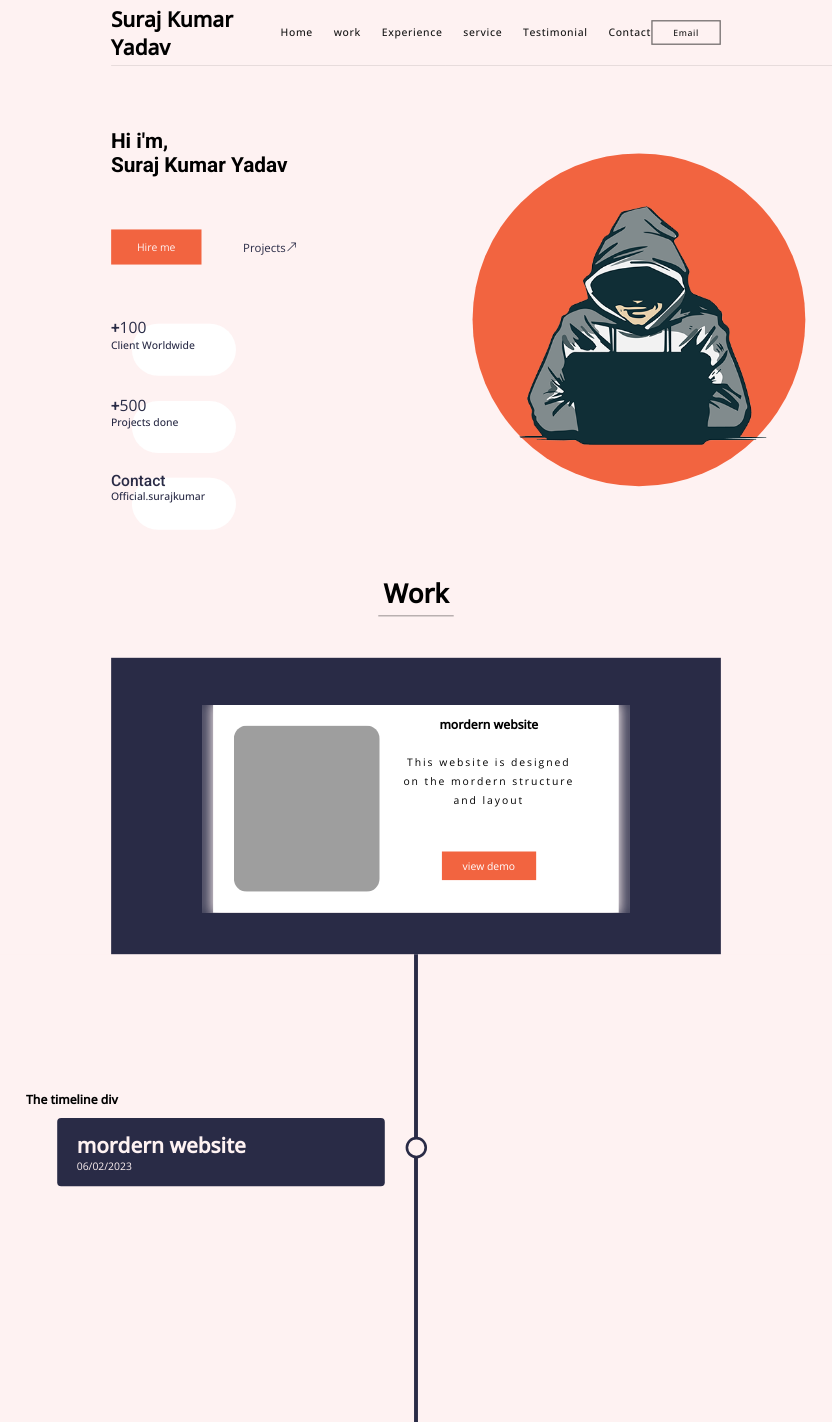
Repository: suraj-yadav7/portfolio-reactjs
Page: /
These files come from the project's save history. The page is drawn as it stood at one moment and after the next save; the edit follows.
The browser window is 1280 px wide. The pictures show the whole page, at 65% of full size.
Pictures or frames that could not be fetched are drawn as grey boxes. The project was rebuilt for these pictures with package versions that can differ from the ones it lists, and the page was loaded fresh each time.

Above is the page before, as saved 2023-04-10 19:09:05.

### src/index.js
import React from 'react';
import ReactDOM from 'react-dom/client';
import App from './App';
import './styles/app.scss'

const root = ReactDOM.createRoot(document.getElementById('root'));
root.render(
  <React.StrictMode>
    <App />
  </React.StrictMode>
);

### src/App.js
import Header from "./components/Header";
import Home from "./components/Home";
import Work from "./components/Work";
import Timeline from "./components/Timeline";


function App() {
  return (
    <>
      <Header/>
      <Home/>
      <Work/>
      <Timeline/>
    </>
  );
}

export default App;

### src/styles/app.scss
@import url('https://fonts.googleapis.com/css2?family=Open+Sans:wght@300;400;500&family=Roboto:ital,wght@0,300;0,500;0,700;1,700&display=swap');


@import "statics";
@import "animation";
@import "header";
@import "home";
@import "work";
@import "timeline";


* {
  margin: 0%;
  padding: 0%;
  font-family: $text2;
  box-sizing: border-box;
  scroll-behavior: smooth;
}
a {
  text-decoration: none;
}

body {
  background-color: $color1;
  overflow-x: hidden;
}

.disableBtn {
  color: $color6 !important;
  background-color: rgb(191, 191, 191) !important;
  cursor: not-allowed !important;
}

#customMessage {
  font: 900 2rem $text2;
  width: 100%;
  height: 100vh;
  display: grid;
  place-items: center;
}

/*
@import "statics";
@import "animation";
@import "header";  //the statice values are available to header bcz statics is "import" above ii
@import "home";
@import "work";

*{
    margin:0;
    padding:0;
    box-sizing: border-box;
    font-family: $text1;
    scroll-behavior: smooth;
}
a{
    text-decoration: none;
}

body{
    background-color: $color1;
    overflow-x: hidden;
}

.disableBtn {
    background-color: rgb(237,237,237);
    cursor: not-allowed;
}
*/

### src/components/Header.jsx


import React from "react"

const Header = ()=>{
    return(
        <nav>
            <NavContent/>
        </nav>
    )
};

const NavContent = () =>{
    return(

        <>
        <h2>Suraj Kumar Yadav</h2>
        <div>
            <a href="#home">Home</a>
            <a href="#work">work</a>
            <a href="#timeline">Experience</a>
            <a href="#service">service</a>
            <a href="#testimonial">Testimonial</a>
            <a href="#Contact">Contact</a>
        </div>
        <a href="mailto: official.surajkumar@gmail.com">
            <button>Email</button>
        </a>
        </>
        )
}


export default Header;

### src/components/Home.jsx
import { BsArrowUpRight, BsChevronDown } from "react-icons/bs";
import {React,useRef} from 'react'
import { animate, motion } from "framer-motion"
// import { Typewriter} from 'typewriter-effect'
import me from "../assets/me.png"


const Home = () => {

  const clientCount = useRef(null)
  const projectCount = useRef(null)

  const animationClientCount = ()=>{
        animate(0,100,{
          duration: 1,
          onUpdate:(v)=>(clientCount.current.textContent=v.toFixed())
        })
  }


  const animationProjectCount = ()=>{
    animate(0,500,{
      duration: 1,
      onUpdate:(v)=>(projectCount.current.textContent=v.toFixed())
    })
}

  const animation = {
    h1: {
      initial: {
        x: "-100%",
        opacity: 0
      },
      whileInView: {
        x: 0,
        opacity: 1
      }
    },
    button: {
      initial: {
        y: "-100%",
        opacity: 0
      },
      whileInView: {
        y: 0,
        opacity: 1
      }
    }
  }

  return (
    <>
      <div id="home">
        <section>
          <div>
            <motion.h1 {...animation.h1} >
              Hi i'm, <br /> Suraj Kumar Yadav
            </motion.h1>

            {/* <Typewriter options={{
              strings:["A developer", "A Designer"],
              autoStart: true,
              loop: true,
              wrapperClassName:"typewriterpara"

            }} />  */}


            <div>
              <a href="mailto:surajkumar@gmail.com">Hire me</a>
              <a href="#work">Projects <BsArrowUpRight /></a>
            </div>

            <article>
              <p>
                +<motion.span whileInView={animationClientCount} ref={clientCount}>100</motion.span>
              </p>
              <span>Client Worldwide</span>
            </article>

            <aside>
              <article>
                <p>
                  +<motion.span ref={projectCount} whileInView={animationProjectCount}>5000</motion.span>
                </p>
                <span>Projects done</span>
              </article>
            </aside>

            <article>
              <p>
                Contact</p>
              <span>Official.surajkumar</span>
            </article>
          </div>
        </section>

        <section>
          <img src={me} alt="myimage"></img>
        </section>
      </div>
    </>
  )
}

export default Home

### src/components/Work.jsx
import React from 'react'
import { Carousel } from 'react-responsive-carousel'
import "react-responsive-carousel/lib/styles/carousel.min.css"
import data from "../assets/data.json"

const Work = () => {
  return (
  <>
  <div id='work'>
    <h2>Work</h2>
    <section>
        <article>
            <Carousel showArrows={false}
            showIndicators={false}
            showStatus={false}
            showThumbs={false}
            interval={2000}
            infiniteLoop={true}
            autoPlay={true}
             >
                {
                    data.projects.map(i=>(
                        <div key={i.key} className="workItem">
                            <img src={i.imgSrc} href={i.title}/>
                            <aside>
                                <h3>{i.title}</h3>
                                <p>{i.description}</p>
                                <a href={i.url} target="blank"> view demo </a>
                            </aside>
                        </div>
                    ))
                }
            </Carousel>
        </article>
    </section>
  </div>
  </>
  )
}

export default Work

### src/components/Timeline.jsx
import React from "react";
import data from "../assets/data.json"

const Timeline=()=>{
    return(
        <>
        <div id="timeline">
            <div className="timelineBox">
                <h3>The timeline div </h3>
                    {
            data.projects.map((item,index)=>(
                <TimelineItem heading={item.title} text={item.date} index={index} key={index }/>
                ))
            }
            </div>
        </div>
        </>
    )
}


const TimelineItem =({heading,text,index})=>(

        <>
    <div className={`timelineItem ${index%2===0?"leftTimeline":"rightTimeline"}`}>
    <div>
        <h1>{heading}</h1>
        <p>{text}</p>
    </div>

    </div>
    </>
    )




export default Timeline;

### src/styles/statics.scss
$text1:"Roboto", sans-serif;
$text2:"Open sans", sans-serif;

$color1: #fef2f2;
$color2: #286f6c;
$color2_1: #174340;
$color3: #f26440;
$color3_1: #ad4126;
$color3_light: rgb(249 141 141);
$color4: #fff;
$color5: #292b46;
$color6: #161616;
$color6_1: #16161698;
$color6_2: #16161622;


$p: 13.33vmax;
$p_md: 7vmax;
$p_base: 5vmax;
$p_base_INVERSE: 10vmax 15vmax;
$p_sm: 2vmax;
$p_sm_inverse: 13vmax 0;
$p_zero: 0;

### src/styles/animation.scss

@keyframes animateSvg {
    to {
      transform: translate(-50%, -10px);
    }
  }

  @keyframes upanddown {
    to {
      transform: translateY(-5px);
    }
  }

  @keyframes upupdowndown {
    to {
      transform: translateY(-10px);
    }
  }

### src/styles/header.scss


nav{
    width:100%;
    height:100px;
    background-color: $color1;
    display: flex;
    align-items: center;
    justify-content: space-between;
    padding: 0px $p;
    position: sticky;
    top:0;
    z-index: 60%;
    >h2{
        font-size:2rem;
    }
    >div{
        display: flex;
        align-items: center;
        gap:2rem;
        a{
            color: $color6;
            font-weight: 500;
            transition: all 0.3s;
            letter-spacing: 1px;
            &:hover{
                color:$color3;
            }
        }
    }
    >a >button{
        border: 2px solid $color6_1;
        padding: 0.5rem 2rem;
        background-color: $color1;
        cursor: pointer;
        color: $color6;
        letter-spacing: 1px;
        font-weight: 500;
        transition: all 0.3s;
        &:hover{
           background-color: $color6;
            color: $color4;
        }
    }
}

### src/styles/home.scss
#home {
    width: 100%;
    height: 90vh;
    display: flex;

    > section {
      width: 100%;

      &:first-of-type {
        padding-left: $p;

        > div {
          border-top: 1px solid $color6_2;
          height: 100%;
          padding-top: 6rem;
          > h1 {
            font: 600 2rem $text1;
          }

        //   .typewriterpara {
        //     margin: 20px 0;
        //     height: 20px;
        //     letter-spacing: 5px;
        //   }

          > div {
            display: flex;
            margin: 5rem 0;
            width: 70%;
            gap: 4rem;
            align-items: center;
            > a {
              &:first-of-type {
                background-color: $color3;
                color: $color1;
                padding: 1rem 2.5rem;
                transition: all 0.3s;
                &:hover {
                  background-color: $color3_1;
                }
              }
              &:last-of-type {
                font: 400 1.1rem $text2;
                color: $color5;
                display: flex;
                align-items: center;
              }
            }
          }

          aside {
            display: flex;
            justify-content: space-between;
            width: 70%;
          }

          article {
            margin: 2rem 0;
            width: 10rem;
            color: $color5;
            position: relative;

            &::after {
              content: "";
              background-color: $color4;
              width: 100%;
              height: 5rem;
              border-radius: 50px;
              position: absolute;
              top: 20%;
              left: 20%;
              z-index: -1;
            }
            > p {
              font: 400 1.5rem $text1;
            }
            > span {
              font: 500 1rem $text2;
            }
          }

          article[data-special] {
            width: 16rem;
          }
        }
      }

      &:last-of-type {
        border-top: 1px solid $color6_2;
        display: flex;
        flex-direction: column;
        justify-content: flex-end;
        align-items: center;
        overflow-x: hidden;

        &::after {
          content: "";
          width: 40vmax;
          height: 40vmax;
          background-color: $color3;
          position: absolute;
          z-index: -1;
          border-radius: 50%;
        }

        > img {
          width: 40vmax;
          object-fit: contain;
          height: 40vmax;
        }
      }
    }


  }

### src/styles/work.scss
#work {
    width: 100%;
    height: 100vh;
    padding: 8rem $p;
    > h2 {
      font: 700 2.5rem $text2;
      width: fit-content;
      border-bottom: 1px solid $color6_1;
      padding: 0.5rem;
      margin: auto;
    }

    > section {
      margin-top: 4rem;
      width: 100%;
      height: 100%;
      background-color: $color5;
      display: flex;
      align-items: center;
      justify-content: center;

      > article {
        width: 70%;
        height: 25vmax;
      }

      .workItem {
        overflow-y: auto;
        height: 25vmax;
        width: 95%;
        margin: auto;
        background-color: $color4;
        display: flex;
        padding: 2rem;
        box-shadow: 0 0 20px 5px $color1;

        > img {
          border-radius: 20px;
          width: 40%;
          object-fit: cover;
        }

        > aside {
          width: 60%;
          display: flex;
          flex-direction: column;
          justify-content: center;
          align-items: center;

          > p {
            letter-spacing: 3px;
            line-height: 180%;
            margin: 2rem;
          }
          > a {
            background-color: $color3;
            padding: 0.7rem 2rem;
            margin: 2rem;
            color: $color4;
            transition: all 0.5s;
            &:hover {
              background-color: $color3_1;
            }
          }
        }
      }
    }
  }

### src/styles/timeline.scss
#timeline {
    width: 100%;
    height: 100vh;
    background-color: $color1;

    .timelineBox {
    width: 100%;
    height: 100%;
    position: relative;
    max-width: 1200px;
    margin:0 auto;
    display: flex;
    flex-direction: column;
    justify-content: center;
        &::after{
            content:"";
            position:absolute;
            width: 6px;
            top: 0;
            bottom: 0;
            background-color: $color5;
            left: 50%;
            margin-left: -3px;
        }
    }

    .timelineItem{
        padding: 1rem 3rem;
        position: relative;
        background-color: inherit;
        width: 50%;
        &::after{
            content: "";
            position: absolute;
            width: 25px;
            height: 25px;
            right: -17px;
            background-color: $color1;
            border: 4px solid $color5;
            top:45px;
            border-radius: 50%;
            z-index:1;
        }
        >div{
            padding: 20px 30px;
            background-color: $color5;
            color: $color1;
            border-radius: 6px;
        }
    }

    .leftTimeline{
        left:0;
    }
    .rightTimeline{
        right: 50%;
        &::after{
            left:-16px
        }
    }
    }

### src/assets/data.json
{

    "projects" :[
        {
            "date":"06/02/2023",
            "title" : "mordern website",
            "description" : "This website is designed on the mordern structure and layout",
            "url" : "https://www.pixabay.com",
            "imgSrc" : "https://cdn.pixabay.com/photo/2017/05/10/12/41/hacker-2300772_1280.jpg"

        },
        {
            "date":"05/03/2023",
            "title" : "icart",
            "description" : "This website is designed on the mordern structure and layout of ecommerce website",
            "url" : "https://www.pixabay.com",
            "imgSrc" : "https://pixabay.com/photos/hacker-silhouette-hack-anonymous-3342696/"
        }

    ]

}

Loaded but not shown: public/index.html (common file)

After the next save:
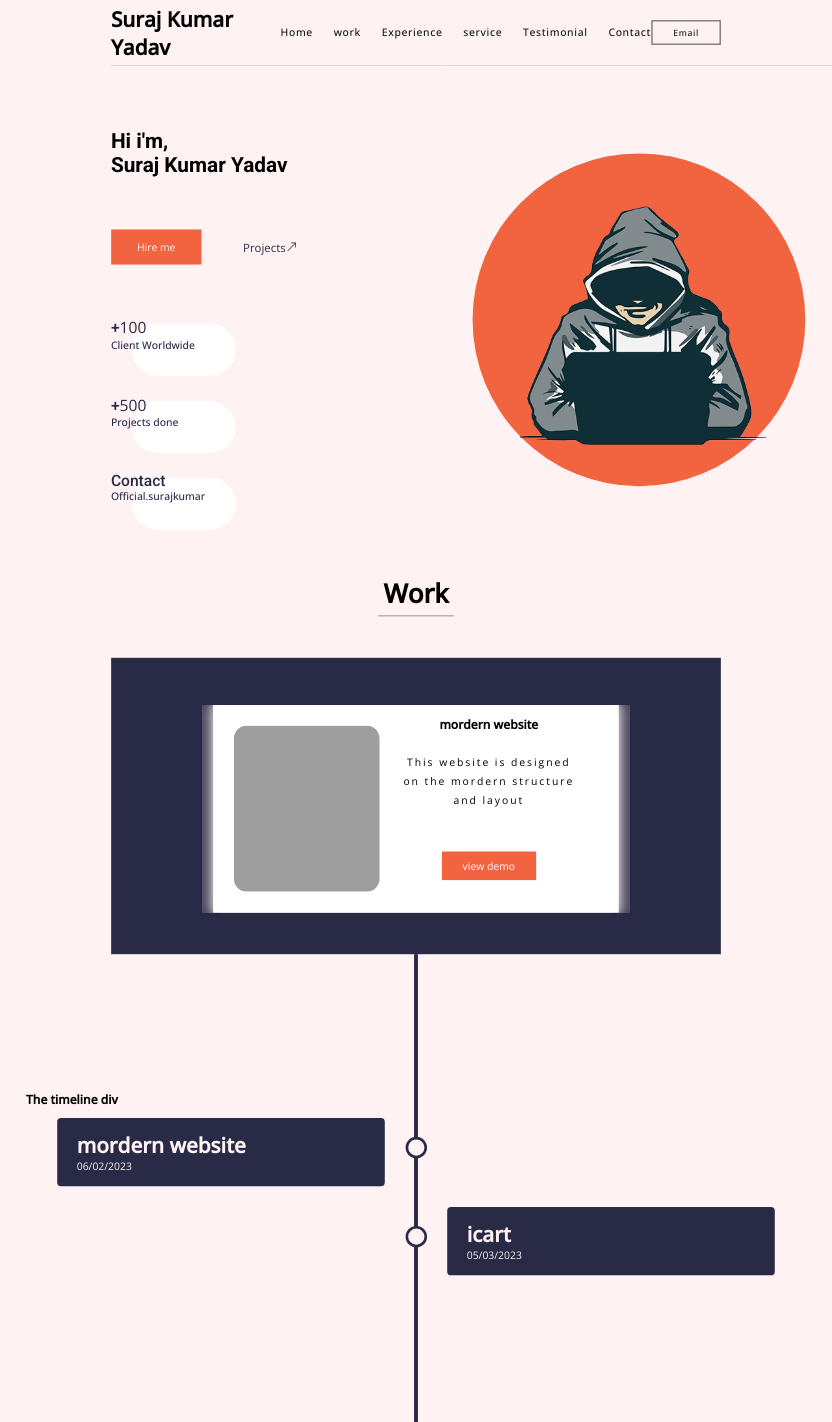
Saved 12 s later.
--- a/src/styles/timeline.scss
+++ b/src/styles/timeline.scss
@@ -53,7 +53,7 @@
         left:0;
     }
     .rightTimeline{
-        right: 50%;
+       left: 50%;
         &::after{
             left:-16px
         }
